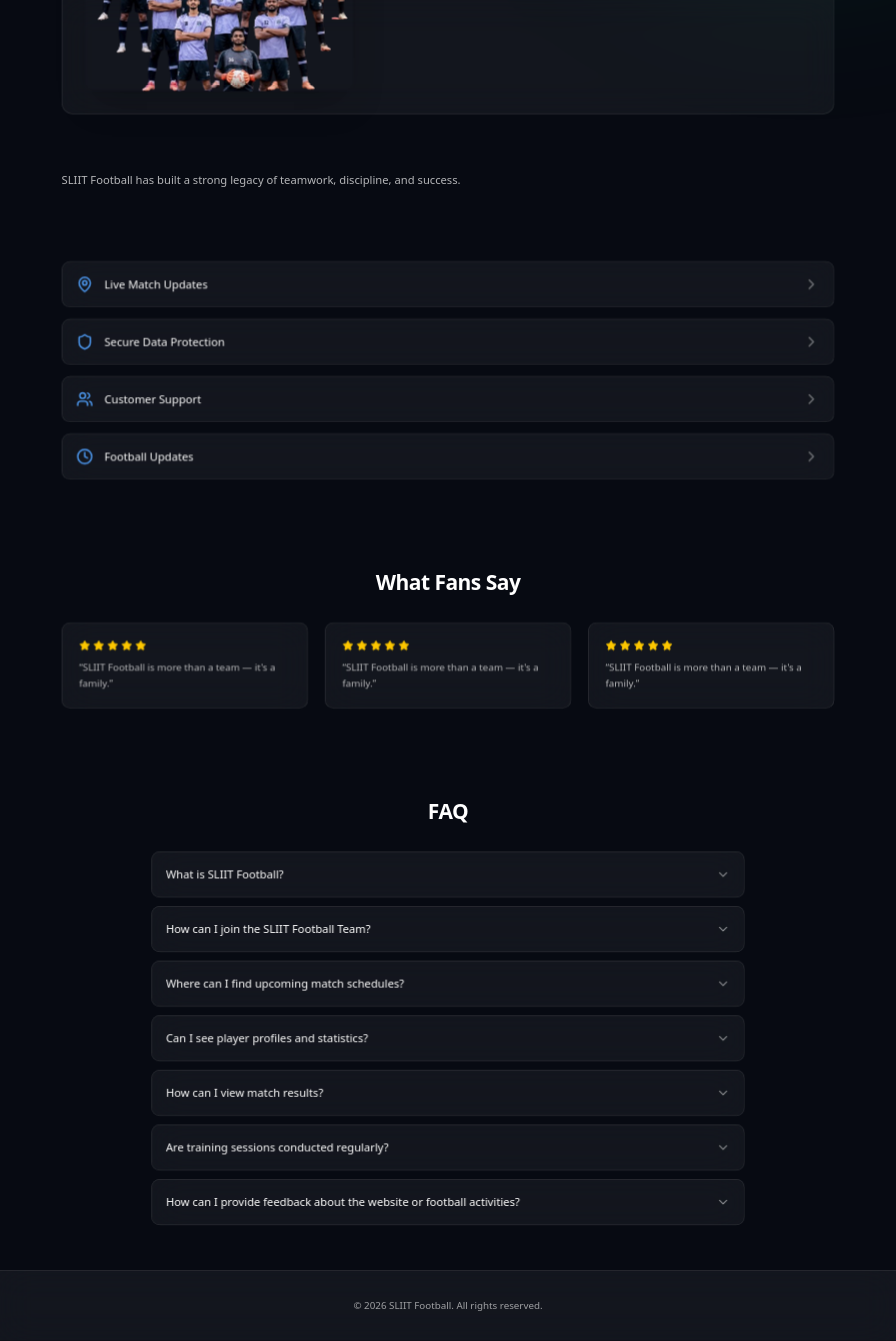
Repository: azeez6789/springboot-footbal-web
Page: /home (app in client/)
These files come from the project's save history. The page is drawn as it stood at one moment and after the next save; the edit follows.
The browser window is 1280 px wide. The pictures show the part of the page from y = 975 to 2895 px (the page is 2891 px tall before and 2943 px after), at 70% of full size.
The project was rebuilt for these pictures with package versions that can differ from the ones it lists, and the page was loaded fresh each time. Also part of the build but not shown: client/vite.config.js, client/src/common/services/userService.js, client/src/common/component/login.jsx, client/src/common/component/register.jsx, client/src/common/component/About.jsx, client/src/common/pages/event.jsx, client/src/common/pages/ticket.jsx, client/src/common/pages/playerForm.jsx and 19 more.

Above is the page before, as saved 2026-09-30 13:29:21.

After the next save:
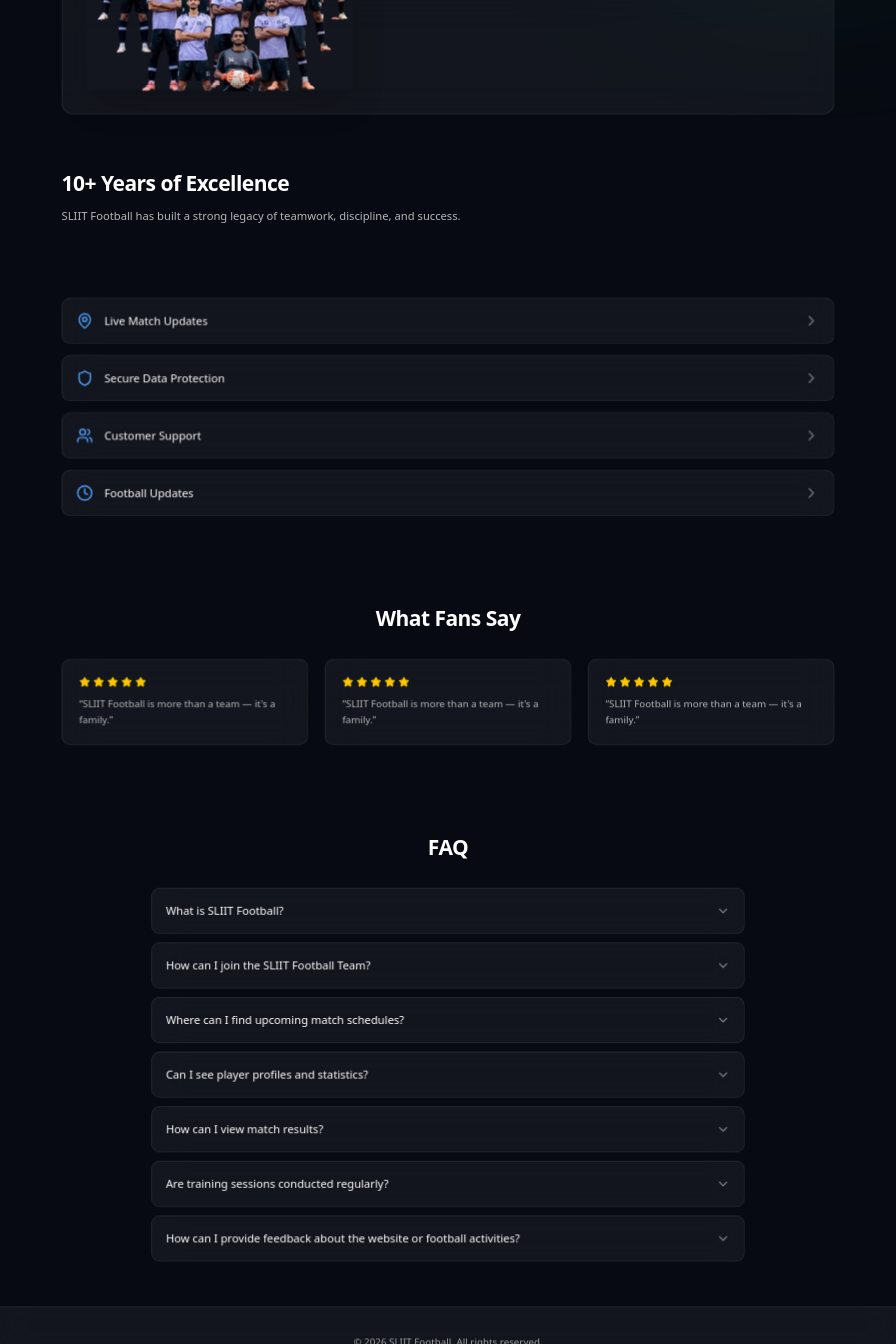
Saved 15 s later.
--- a/client/src/common/pages/home.jsx
+++ b/client/src/common/pages/home.jsx
@@ -234,6 +234,7 @@
       </section>
 
       <section className="max-w-6xl mx-auto px-6 py-10 relative z-10">
+         <h2 className="text-3xl font-bold mb-4 tracking-tight">10+ Years of Excellence</h2>
          <p className="text-white/70 leading-relaxed">
               SLIIT Football has built a strong legacy of teamwork, discipline, and success.
             </p>
